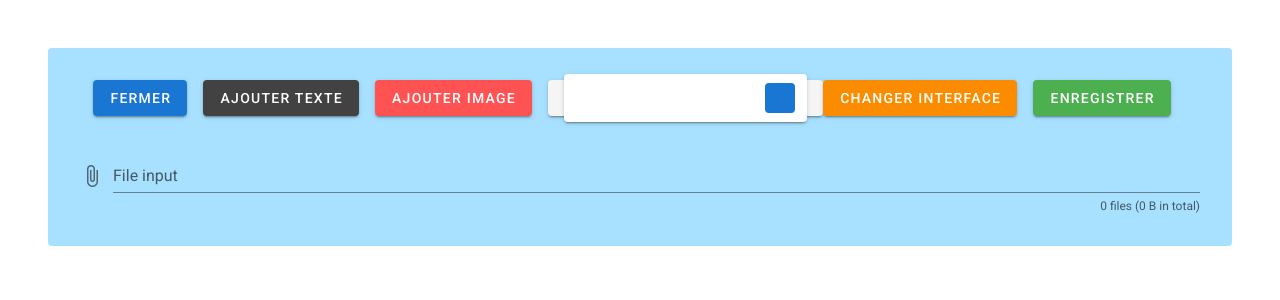
Repository: Hamagistral/BannerApp-Vue
Page: /#/dynamicPage
These files come from the project's save history. The page is drawn as it stood at one moment and after a run of saves; the edit follows.
The browser window is 1280 px wide. The pictures show the whole page.
The project was rebuilt for these pictures with package versions that can differ from the ones it lists, and the page was loaded fresh each time. Also part of the build but not shown: vue.config.js, src/components/WidgetText.vue, src/components/WidgetImage.vue, src/components/Home.vue.

Above is the page before, as saved 2023-02-07 01:51:38.

After the next 2 saves:
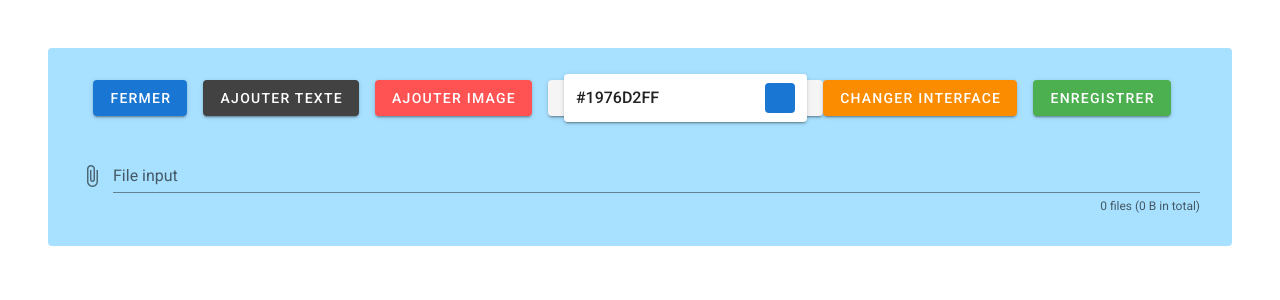
The 2 saves are shown as one change because they came seconds apart.
The last was saved 17 s later.
--- a/src/components/DynamicPage.vue
+++ b/src/components/DynamicPage.vue
@@ -16,7 +16,7 @@
 
         <v-btn>
 
-            <v-text-field v-model="Choose" v-mask="mask" hide-details class="ma-0 pa-0" solo>
+            <v-text-field v-model="color" v-mask="mask" hide-details class="ma-0 pa-0" solo>
               <template v-slot:append>
                 <v-menu v-model="menu" top nudge-bottom="105" nudge-left="16" :close-on-content-click="false">
                   <template v-slot:activator="{ on }">
